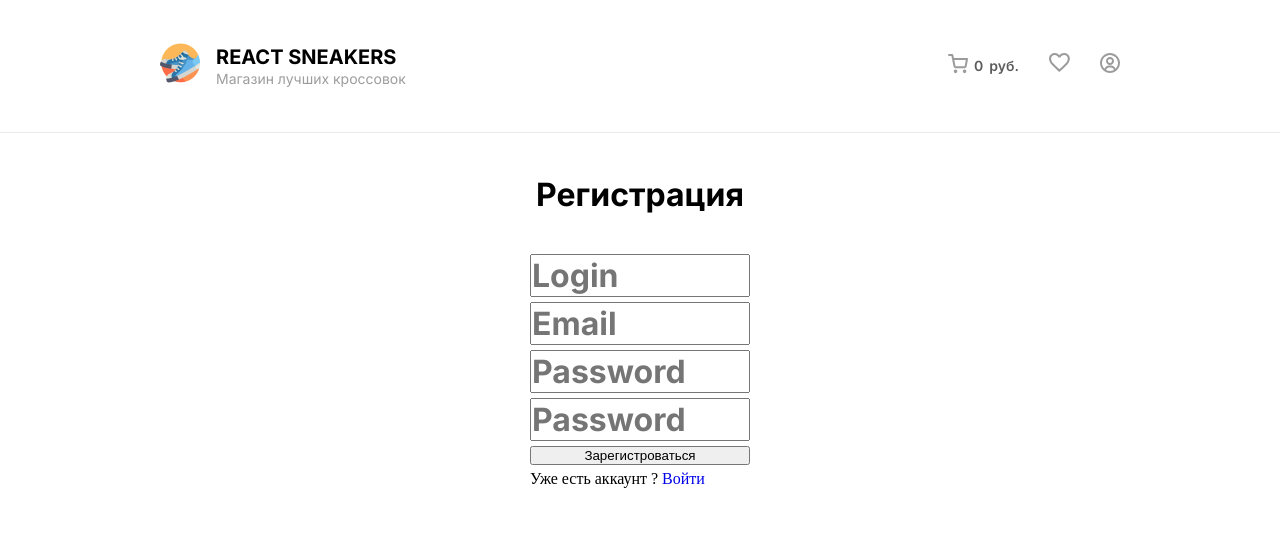
Repository: maxbirimkulov/sneakers20
Page: src/pages/register.html
The author's editor kept a copy of each file at every save. The page is drawn from the files as they stood at one save, then again after the next save.
The browser window is 1280 px wide. The pictures show the whole page.
The style sheet was rebuilt from its Sass, Less or Tailwind sources for each picture, by a compiler version that may differ from the author's.

Above is the page before, as saved 2022-11-12 20:49:58.

After the next save:
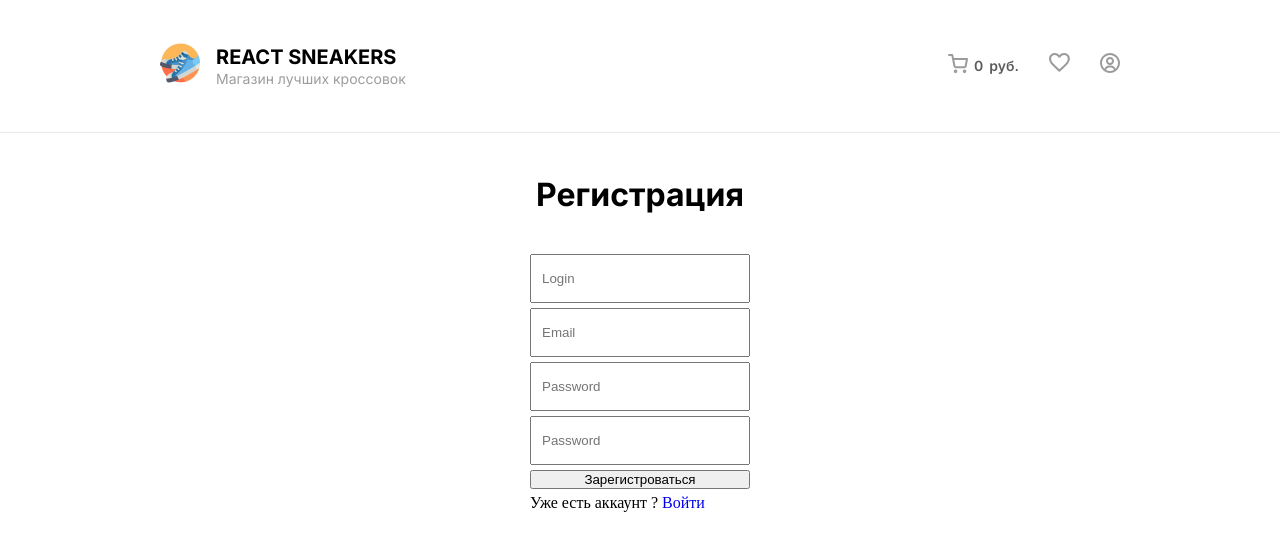
Saved 19 s later.
--- a/src/css/_register.scss
+++ b/src/css/_register.scss
@@ -13,6 +13,6 @@
     gap: 5px;
   }
   &__input {
-    @include text($int, normal, 700, 32px, 0, black);
+    padding: 15px 10px;
   }
 }
